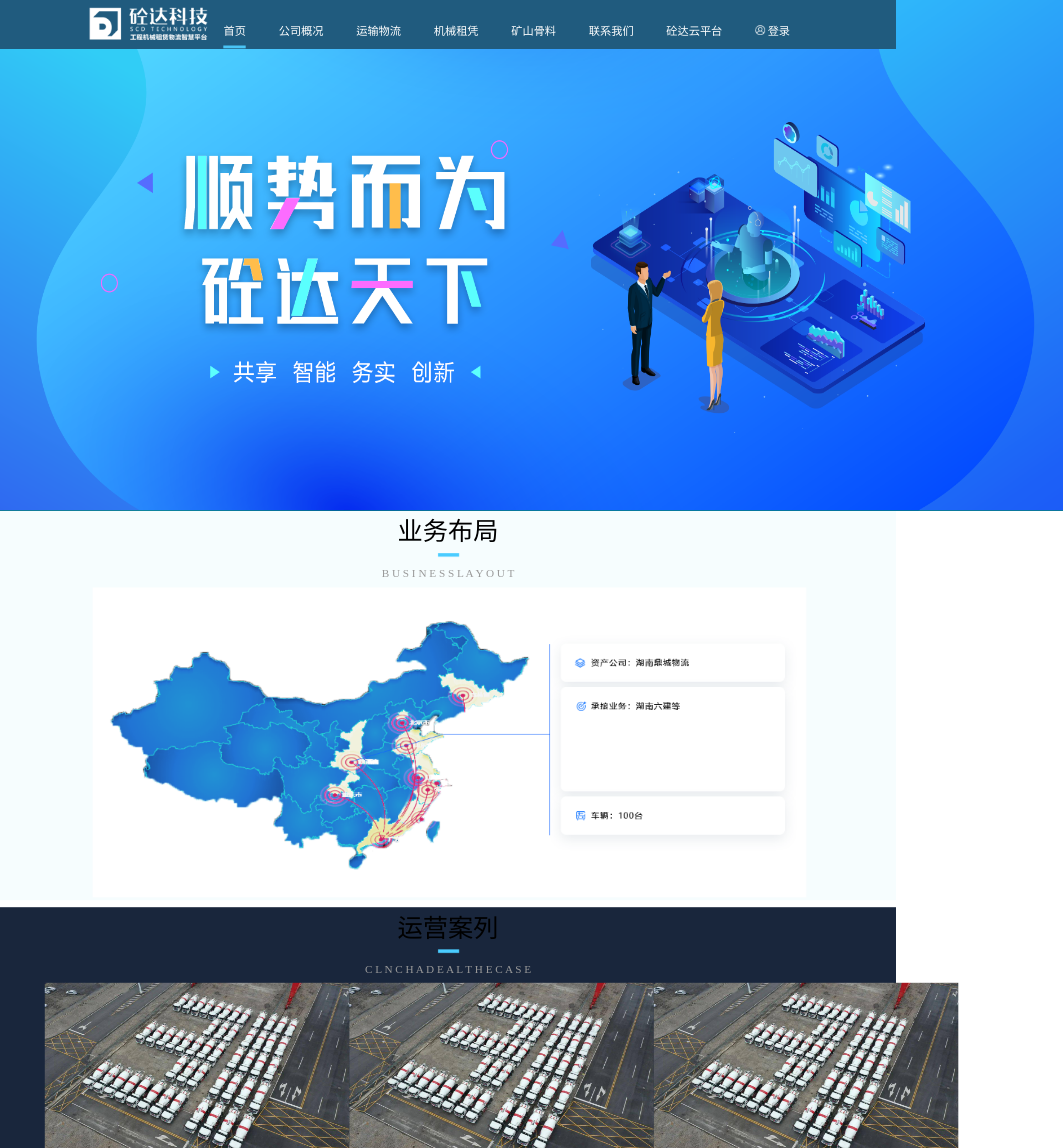
Repository: nzrdjdj/nzrdjdj.github.io
Page: index.html
An editor plug-in stored every save of this project. The page is shown before and after the next save, followed by the edit.
The browser window is 1280 px wide. The page is 1519 px wide, so the pictures cover 1519 px, including what lies to the right of the window. The pictures show the part of the page from y = 0 to 1640 px (the page is 2766 px tall before and 2036 px after), at 70% of full size.

Above is the page before, as saved 2021-10-09 10:12:02.
Console error: TypeError: Cannot read properties of null (reading 'children')

### index.html
<!DOCTYPE html>
<html lang="en">

<head>
    <meta charset="UTF-8">
    <meta http-equiv="X-UA-Compatible" content="IE=edge">
    <meta name="viewport" content="width=device-width, initial-scale=1.0">
    <title>首页</title>
    <link rel="stylesheet" href="./css/index.css">
    <link rel="stylesheet" href="./css/lunbo.css">
    <script src="./js/hui.js"></script>
</head>

<body>
    <div class="all">
        <div class="head">
            <div class="lunbo">
                <div class="lunbo1" id="lonzun">
                    <img style="display: block;" src="./images/slider/bg1.png" alt="">
                    <img src="./images/slider/bg3.jpg" />
                    <img src="./images/slider/bg2.jpg" />
                </div>
                <!-- <img src="./images/slider/bg1.png" />
                <img src="./images/slider/bg3.jpg" />
                <img src="./images/slider/bg2.jpg" /> -->
            </div>
            <div class="head-title">
                <div class="head-nav">
                    <div class="left">
                        <image class="" src="./images/logo.png" mode="widthFix" />
                    </div>
                    <div class="right">
                        <div class="hover">首页</div>
                        <div>公司概况</div>
                        <div>运输物流</div>
                        <div>机械租凭</div>
                        <div>矿山骨料</div>
                        <div>联系我们</div>
                        <div>砼达云平台</div>
                        <div>
                            <image class="" src="./images/dl.png" "/>
                            登录
                        </div>
                    </div>
                </div>
            </div>
        </div>
        <div class=" main">
                                <!-- 业务 -->
                                <div class="firstmain">
                                    <div class="firstmain-info">业务布局</div>
                                    <div class="first-border">
                                        <image class="" src="./images/partners/bar.png" />
                                    </div>
                                    <div class="colorstyle">B U S I N E S S L A Y O U T</div>
                                    <div class="main-img">
                                        <image style="width: 80%;margin-top: 10px;" src="./images/partners/map.png"
                                            mode="widthFix" />
                                    </div>
                                </div>
                                <!-- 运营 -->
                                <div class="mainCenter">
                                    <div class="firstmain-info">运营案列</div>
                                    <div class="first-border">
                                        <image class="" src="./images/partners/bar.png" />
                                    </div>
                                    <div class="colorstyle">C L N C H A D E A L T H E C A S E</div>
                                    <div class="pgimg">
                                        <div class="img">
                                            <div class="yui">
                                                <image style="width: 435px;height: 245px;"
                                                    src="./images/partners/car2.png" />
                                                <div class="zzhao">
                                                    <div>查看案例详情</div>
                                                </div>
                                            </div>
                                            <div class="icon">123456</div>
                                        </div>
                                        <div class="img">
                                            <div class="yui">
                                                <image style="width: 435px;height: 245px;"
                                                    src="./images/partners/car2.png" />
                                                <div class="zzhao">
                                                    <div>查看案例详情</div>
                                                </div>
                                            </div>
                                            <div class="icon">123456</div>
                                        </div>
                                        <div class="img">
                                            <div class="yui">
                                                <image style="width: 435px;height: 245px;"
                                                    src="./images/partners/car2.png" />
                                                <div class="zzhao">
                                                    <div>查看案例详情</div>
                                                </div>
                                            </div>
                                            <div class="icon">123456</div>
                                        </div>
                                    </div>
                                    <div class="anli">
                                        <div>更多案例></div>
                                    </div>
                                </div>
                                <!-- 新闻资讯 -->
                                <div class="ctenrnew">
                                    <div class="xinwen">
                                        <div class="firstmain-info">新闻资讯</div>
                                        <div class="first-border">
                                            <image class="" src="./images/partners/bar.png" />
                                        </div>
                                        <div class="colorstyle">N E W S A N D infomation</div>
                                    </div>
                                    <div class="news">
                                        <div style="    padding-top: 22px;">
                                            <div>
                                                <image style="width: 435px;height: 245px;"
                                                    src="./images/partners/car2.png" />
                                            </div>
                                            <div style="width: 435px;">
                                                展会预告| 与您相约2021年长沙国际工程机械展览会<br>
                                                <span
                                                    style="color: gray;">2021长沙国际工程机械展览会将于5月19日在长沙国际会展中心拉开帷幕。这将是今年全球唯一举办的30万平方米超大型工程机械行业展会。</span>
                                            </div>
                                        </div>
                                        <div>
                                            <div
                                                style="height: 125px; margin-top: 20px; background-color: #fff;margin-left:10px;">
                                                <div style="display: flex;">
                                                    <div style="margin-left: 20px; margin-top: 20px;">
                                                        <div style="color: gray;font-size: 24px;">15</div>
                                                        <div style="color: gray;margin-top: 30px;">2021-03</div>
                                                    </div>
                                                    <div style="padding: 15px; line-height: 30px;">
                                                        <div>混凝土泵车的使用应注意哪些事项</div>
                                                        <span
                                                            style="color: gray;margin-top: 30px;padding-top: 20px; margin-left: 10px;">凝土泵车在进行各项操作时应有专业<br>的操作人员对其进行系统的培训...</span>
                                                    </div>
                                                </div>
                                            </div>
                                            <div
                                                style="height: 125px; margin-top: 20px; background-color: #fff;margin-left:10px;">
                                                <div style="display: flex;">
                                                    <div style="margin-left: 20px; margin-top: 20px;">
                                                        <div style="color: gray;font-size: 24px;">15</div>
                                                        <div style="color: gray;margin-top: 30px;">2021-03</div>
                                                    </div>
                                                    <div style="padding: 15px; line-height: 30px;">
                                                        <div>混凝土泵车的使用应注意哪些事项</div>
                                                        <span
                                                            style="color: gray;margin-top: 30px;padding-top: 20px; margin-left: 10px;">凝土泵车在进行各项操作时应有专业<br>的操作人员对其进行系统的培训...</span>
                                                    </div>
                                                </div>
                                            </div>
                                        </div>
                                        <div>
                                            <div
                                                style="height: 125px; margin-top: 20px; background-color: #fff;margin-left:10px;">
                                                <div style="display: flex;">
                                                    <div style="margin-left: 20px; margin-top: 20px;">
                                                        <div style="color: gray;font-size: 24px;">15</div>
                                                        <div style="color: gray;margin-top: 30px;">2021-03</div>
                                                    </div>
                                                    <div style="padding: 15px; line-height: 30px;">
                                                        <div style="color: #56CFFF;">混凝土泵车的使用应注意哪些事项</div>
                                                        <span
                                                            style="color: gray;margin-top: 30px;padding-top: 20px; margin-left: 10px;">凝土泵车在进行各项操作时应有专业<br>的操作人员对其进行系统的培训...</span>
                                                    </div>
                                                </div>
                                            </div>
                                            <div
                                                style="height: 125px; margin-top: 20px; background-color: #fff;margin-left:10px;">
                                                <div style="display: flex;">
                                                    <div style="margin-left: 20px; margin-top: 20px;">
                                                        <div style="color: gray;font-size: 24px;">15</div>
                                                        <div style="color: gray;margin-top: 30px;">2021-03</div>
                                                    </div>
                                                    <div style="padding: 15px; line-height: 30px;">
                                                        <div>混凝土泵车的使用应注意哪些事项</div>
                                                        <span
                                                            style="color: gray;margin-top: 30px;padding-top: 20px; margin-left: 10px;">凝土泵车在进行各项操作时应有专业<br>的操作人员对其进行系统的培训...</span>
                                                    </div>
                                                </div>
                                            </div>
                                        </div>
                                    </div>
                                </div>
                                <!-- 关于我们 -->
                                <div class="about">
                                    <div class="xinwen">
                                        <div class="ab">关于我们</div>
                                        <div class="first-border">
                                            <image class="" src="./images/partners/bar.png" />
                                        </div>
                                        <div class="colorstyle">A B 0 U T US</div>
                                    </div>
                                    <div class="aboutinfo">
                                        <div class="oneaboutinfo">
                                            <div style="padding-left:10px;"> 砼 达 科 技 是 一 家 服 务 于 混 凝 土 及 原 材 料 生 产 、 物 流
                                                、 施 工 的 共 享 智 能 化 平 台 。</div>
                                            <div>愿 景 ： 推 动 混 凝 土 产 业 数 字 文 明 进 程 ， 打 造 混 凝 土 高 效 流 通 生 态 圈 ; </div>
                                            <div>使 命 ： 打 造 一 个 社 会 化 高 度 协 同 、 智 慧 的 工 程 机 械 物 联 网 运 营 平 台 </div>
                                            <div> 核 心 价 值 观 ： 服 务 创 造 价 值 ， 专 业 赢 得 信 任 ， 坚 持 成 就 梦 想 ， 奋 斗 改 变 生 活
                                            </div>
                                        </div>
                                        <div>
                                            <image style="height:200px;width: 460px;" src="./images/partners/city.png"
                                                mode="widthFix" />
                                        </div>
                                    </div>
                                </div>
                        </div>
                    </div>
                    <div class="footer">
                        <div class="footerinfo">
                            <div class="left">
                                <div>
                                    <image style="margin-top: 30px;" src="./images/banner1.png" />
                                </div>
                                <div style="display: flex; justify-content: space-between;width: 700px;">
                                    <div style="margin-top: 10px; margin-left: -10px;">
                                        <image src="" />
                                        📞 电 话: 1 5 0 8 4 9 3 5 5 5 5
                                    </div>
                                    <div style="margin-top: 10px;">📫 邮 箱: 1 2 3 7 1 5 8 3 0 @ qq.com</div>
                                </div>
                                <div style="margin-top: 10px;">
                                    地址:长 沙 市 雨 花 区 德 思 勤 广 场 1 栋 605室
                                </div>
                                <div style="margin-top: 10px;">
                                    友情链接 : 长沙鼎宸机械设备租赁有限公司 | 湖南鼎宸物流有限公司 | 湖南砼达物流有限公司 | 湖南鑫铅锂新能源科技有限公司 | 贵州砼达科技有限公司
                                </div>
                            </div>
                            <div class="right">
                                <div style="text-align: center;">
                                    <div style="color: #fff;">关于我们</div>
                                    <div class="font">砼达简介</div>
                                    <div class="font">商混物流</div>
                                    <div class="font">机械租凭</div>
                                    <div class="font">矿山骨科</div>
                                </div>
                                <div>
                                    <div style="color: #fff;">关注我们<span
                                            style="color: gray;font-size: 12px;">(扫一扫)</span></div>
                                    <div class="ewm"></div>
                                </div>
                            </div>
                        </div>
                        <div class="last">
                            <div class="last-info font"></div>
                            <div class="font">Copyight 2012-2015 砼达科技 版权所有 honghu.com 湘ICP备15019654号.</div>
                        </div>
                    </div>
</body>

</html>

### css/index.css
*{
    margin: 0;
    padding: 0;
}
.head-title{
    position: relative;
    line-height: 70px;
    top: 0;
    left: 0;
    width: 100%;
    position: fixed;
    background-color: #205B7E;
    height: 70px;
    z-index:99;
}
.head-nav{
    width: 80%;
    margin: 0 auto;
    display: flex;
}
.head-nav .left{
    flex: 1;
    margin-top: 10px;
}
.head-nav div{
    height: 55px;
}
.head-title .right{
    display: flex;
    color: #fff;
    width: 880px;
    cursor: pointer;
    justify-content: space-around;
}

.hover{
    border-bottom: 4px solid #49C5F6;
    text-align: center;
}

/* 轮播 */
.haed-logo{
    display: flex;
    overflow: hidden;

}
.haed-logo img{
    /* position: absolute; */
    width: 100%;
    float: right;
    border: 1px solid red;
}



/* main */
.main{
    width: 100%;
    position: relative;
}
.firstmain{
    text-align: center;
    background-color: #F6FDFE;
}
.firstmain-info{
    font-size: 36px;
}
.colorstyle{
    margin-top: 10px;
    color: #999999;
}
.mainCenter{
    /* background: url(../images/service/logo.png); */
    margin-top: 10px;
    text-align: center;
    background-color: #19263C;
}
.pgimg{
    display: flex;
    width: 90%;
    margin: 0 auto;
    margin-top: 10px;
    justify-content: space-between;
}
.yui{
    height: 245px;
}
.icon{
    width: 435px;
    height: 25px;
    background: #fff;
}
.zzhao{
    font-size: 15px;
    width: 435px;
    height: 245px;
    background: rgba(0, 0, 0, 0.5);
    position: absolute;
    margin-top: -249px;
    display: none;
}
.yui:hover .zzhao{

    display: block;
}
.zzhao div{
    color:#49C5F6;
    padding: 10px;
    border: 1px solid #49C5F6;
    width: 100px;
    margin: 100px auto;
    cursor: pointer;
}
.anli{
    color: #fff;
    padding: 10px;
    border: 1px solid #fff;
    width: 100px;
    height: 10px;
    border-radius: 5px;
    cursor: pointer;
    margin: 10px auto;
    text-align: center;
    line-height: 10px;
}
.xinwen{
    margin-top: 10px;
    text-align: center;
}
.news{
    width: 80%;
    margin: 10px auto;
    display: flex;
}
.news div{
   /* flex: 1; */

}
.ctenrnew{

    background-color: #F6FBFE;
}
.about{
    background-color: #0E0F1B;
    height: 330px;
}
.ab{
    color:#fff;
    font-size: 36px;
}
.aboutinfo{
    display: flex;
    width: 80%;
    margin: 0 auto;
}
.oneaboutinfo{
    width: 65%;
}
.aboutinfo{
    margin-top: 10px;
}
.oneaboutinfo div{
    padding: 10px;
    font-size: 12px;
    color: #fff;
}
.footer{
    width: 100%;
    height: 225px;
    background-color: #1B222E;
    margin-top: -10px;
}
.footerinfo{
    display: flex;
    width: 80%;
    margin: 10px auto;
}
.left{
    color: gray;
    font-size: 12px;
}
.right{
    margin-top: 10px;
    width: 20%;
    display: flex;
    justify-content: space-between;
}
.font{
    margin-top: 10px;
    color: gray;
    font-size: 12px;
}
.ewm{
    margin-top: 10px;
    width: 70px;
    height: 70px;
    background-color: #fff;
}
.last{
    width: 80%;
    margin: 0 auto;
}
.last-info{
    border-top: 1px solid gray;
}

### css/lunbo.css
.lunbo1 img{
    width: 1519px;
    height: 730px;
    position: absolute;
    display: none;
}
.lunbo{
    height: 730px;
}

### js/hui.js
var nei = document.getElementById("lonzun").children;
// var left = document.getElementsByClassName("left")[0];
var lunbo = document.getElementsByClassName("lunbo")[0];
// var right = document.getElementsByClassName("right")[0];
var bu = document.getElementById("bu").children;
var index = 0
function str() {
    index++
    if (index >= 6) {
        index = 0;
    }
    main()
}

function main() {
    for (var i = 0; i < nei.length; i++) {
        nei[i].style.display = "none"
        bu[i].classList.remove("hei")
    }
    nei[index].style.display = "block"
    bu[index].classList.add("hei")
}

item = setInterval(str, 2000)
// 自动轮播
lunbo.onmouseover = function () {
    clearInterval(item)
}
lunbo.onmouseout = function () {
    item = setInterval(str, 2000)
}

After the next save:
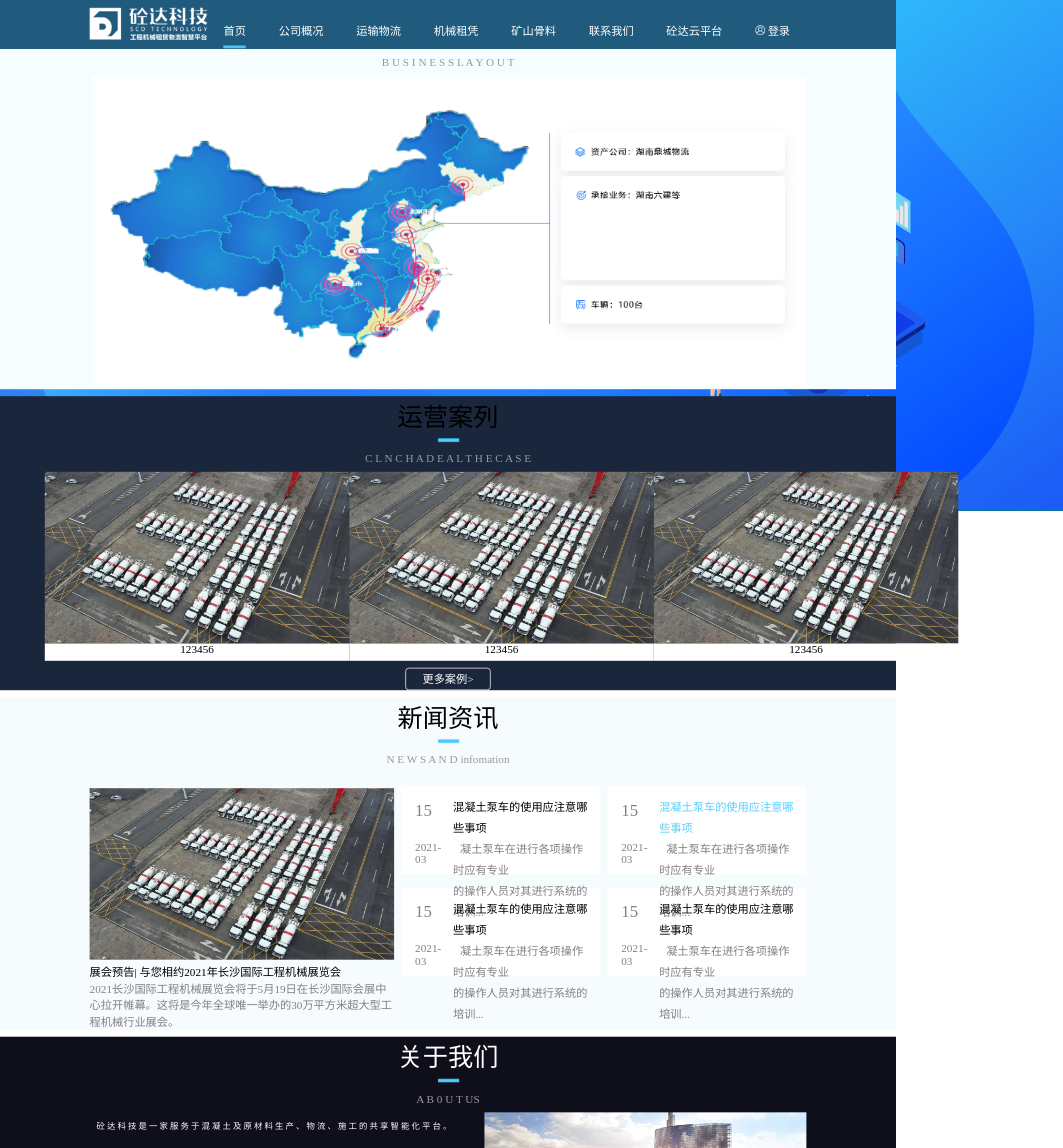
Saved 59 s later.
--- a/index.html
+++ b/index.html
@@ -14,7 +14,7 @@
 <body>
     <div class="all">
         <div class="head">
-            <div class="lunbo">
+            <div class="lunbox">
                 <div class="lunbo1" id="lonzun">
                     <img style="display: block;" src="./images/slider/bg1.png" alt="">
                     <img src="./images/slider/bg3.jpg" />
